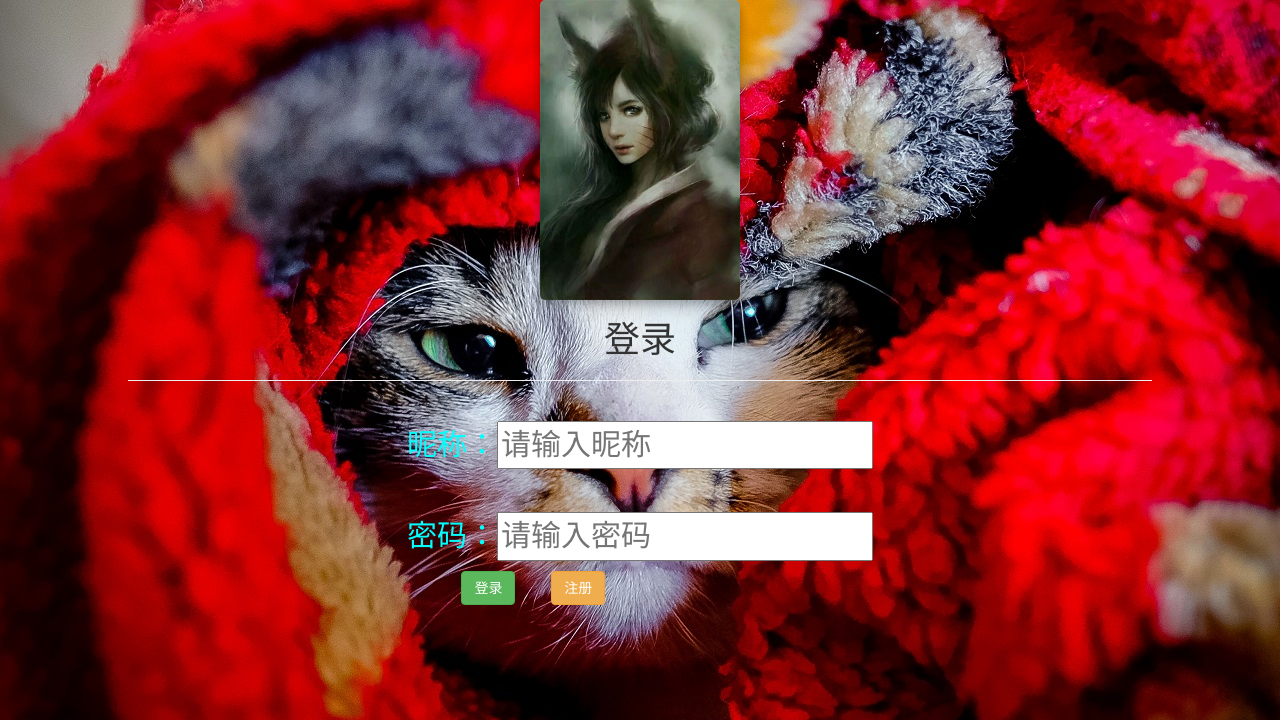
Repository: JuniorProjectTraining/free
Page: http://localhost/emss/login.jsp
The author's editor kept a copy of each file at every save. The page is drawn from the files as they stood at one save, then again after the next save.
The browser window is 1280 px wide. The pictures show the whole page.
Some web libraries are served in a nearby version. The page is served by Tomcat 9.

Above is the page before, as saved 2019-12-25 13:58:22.

After the next save:
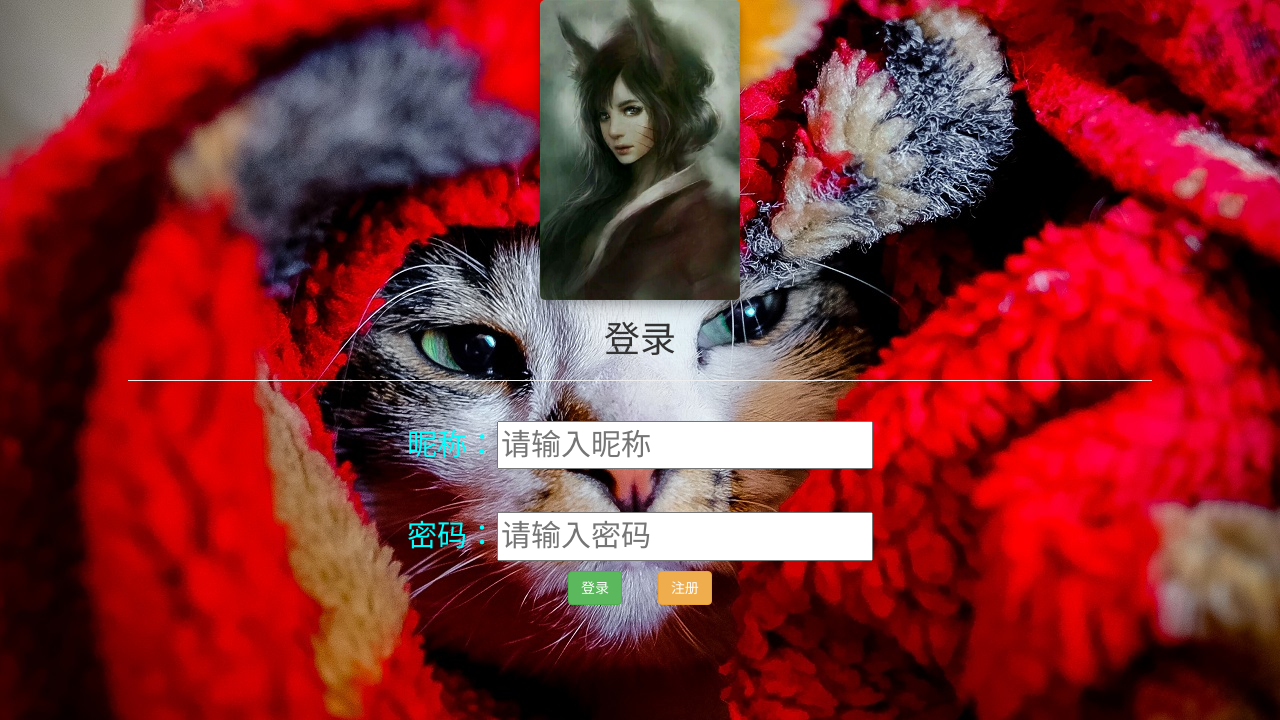
Saved 20 s later.
--- a/emss/src/main/webapp/login.jsp
+++ b/emss/src/main/webapp/login.jsp
@@ -67,7 +67,7 @@ body {
 					placeholder="请输入密码"/ >
 					<br>
 
-				<div class="col-sm-10">
+				<div class="col-sm-offset-1 col-sm-10">
 					<button type="submit" class="btn btn-success">登录</button>
 					&emsp;&emsp;
 					<button type="reset" class="btn btn-warning">注册</button>
